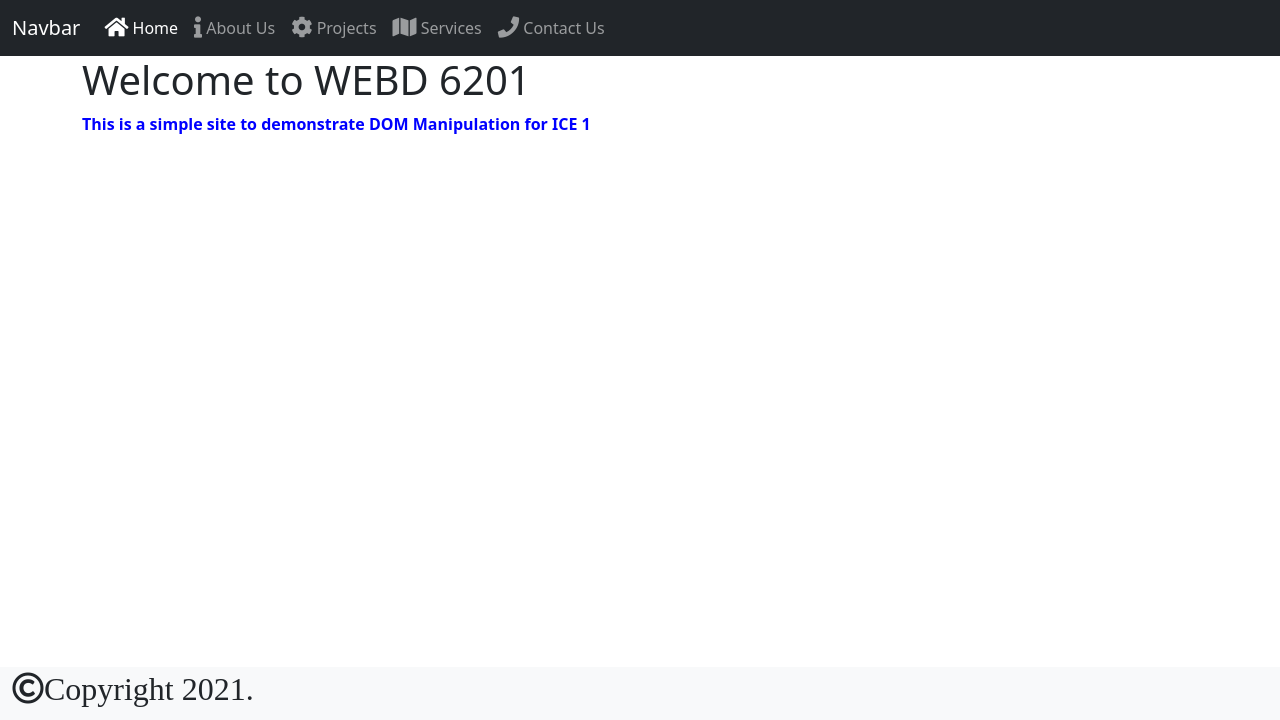
Repository: vans12345678/WEBD6201-W2021-Week3
Page: index.html
An editor plug-in stored every save of this project. The page is shown before and after the next save, followed by the edit.
The browser window is 1280 px wide. The pictures show the whole page.

Above is the page before, as saved 2021-01-20 21:19:01.

### index.html
<!DOCTYPE html>
<html lang="en">
<head>
    <meta charset="UTF-8">
    <meta name="viewport" content="width=device-width, initial-scale=1.0">
    <title>WEBD 6201 - W2021-ICE 1</title>

    <!-- CSS Section -->
    <link rel="stylesheet" href="./node_modules/bootstrap/dist/css/bootstrap.min.css">
    <link rel="stylesheet" href="./node_modules/@fortawesome/fontawesome-free/css/all.min.css">
    <link rel="stylesheet" href="./Content/app.css">

</head>

<body>
    <header>
        <nav class="navbar navbar-expand-lg navbar-dark bg-dark">
            <div class="container-fluid">
              <a class="navbar-brand" href="#">Navbar</a>
              <button class="navbar-toggler" type="button" data-bs-toggle="collapse" data-bs-target="#navbarSupportedContent" aria-controls="navbarSupportedContent" aria-expanded="false" aria-label="Toggle navigation">
                <span class="navbar-toggler-icon"></span>
              </button>
              <div class="collapse navbar-collapse" id="navbarSupportedContent">
                <ul class="navbar-nav me-auto mb-2 mb-lg-0">
                  <li class="nav-item">
                    <a class="nav-link active" aria-current="page" href="#"><i class="fas fa-home fa-lg"></i> Home</a>
                  </li>

                  <li class="nav-item">
                    <a class="nav-link" aria-current="page" href="#"><i class="fas fa-info fa-lg"></i> About Us</a>
                  </li>

                  <li class="nav-item">
                    <a class="nav-link" aria-current="page" href="#"><i class="fas fa-cog fa-lg"></i> Projects</a>
                  </li>

                  <li class="nav-item">
                    <a class="nav-link" aria-current="page" href="#"><i class="fas fa-map fa-lg"></i> Services</a>
                  </li>

                  <li class="nav-item">
                    <a class="nav-link" aria-current="page" href="#"><i class="fas fa-phone fa-lg"></i> Contact Us</a>
                  </li>
                </ul>
              </div>
            </div>
          </nav>
    </header>

    <main class="container">
        <h1>Welcome to WEBD 6201</h1>
        <p id="paragraphOne"></p>
    </main>
    <footer>
        <nav class="navbar fixed-bottom navbar-light bg-light">
            <div class="container-fluid">
                <h4><i class="far fa-copyright fa-lg">Copyright 2021.</i></h4>
            </div>
          </nav>
    </footer>
    <!-- Script Section -->

    <script src="./node_modules/jquery/dist/jquery.min.js"></script>
    <script src="./node_modules/bootstrap/dist/js/bootstrap.bundle.min.js"></script>
    <script src="./Scripts/app.js"></script>
</body>
</html>

### Scripts/app.js
/* Custom JavaScript goes here */

//IIFE - Immediately Invoked Function Expression
//AKA - Anonymous Self-Executing Function
//Closure - limits scope leak

"use strict";

(function(){

    function Start()
    {
        console.log("App Started...");

        let paragraphOneText = "This is a simple site to demonstrate DOM Manipulation for ICE 1";
        let paragraphOneElement = document.getElementById("paragraphOne");

        paragraphOneElement.textContent = paragraphOneText;
        paragraphOneElement.style = "color: blue; font-weight: bold;"


        console.log(paragraphOneElement);


    }

    window.addEventListener("load", Start);

})();

Loaded but not shown: node_modules/bootstrap/dist/css/bootstrap.min.css (library); node_modules/@fortawesome/fontawesome-free/css/all.min.css (library); Content/app.css (common file); node_modules/jquery/dist/jquery.min.js (library); node_modules/bootstrap/dist/js/bootstrap.bundle.min.js (library)

After the next save:
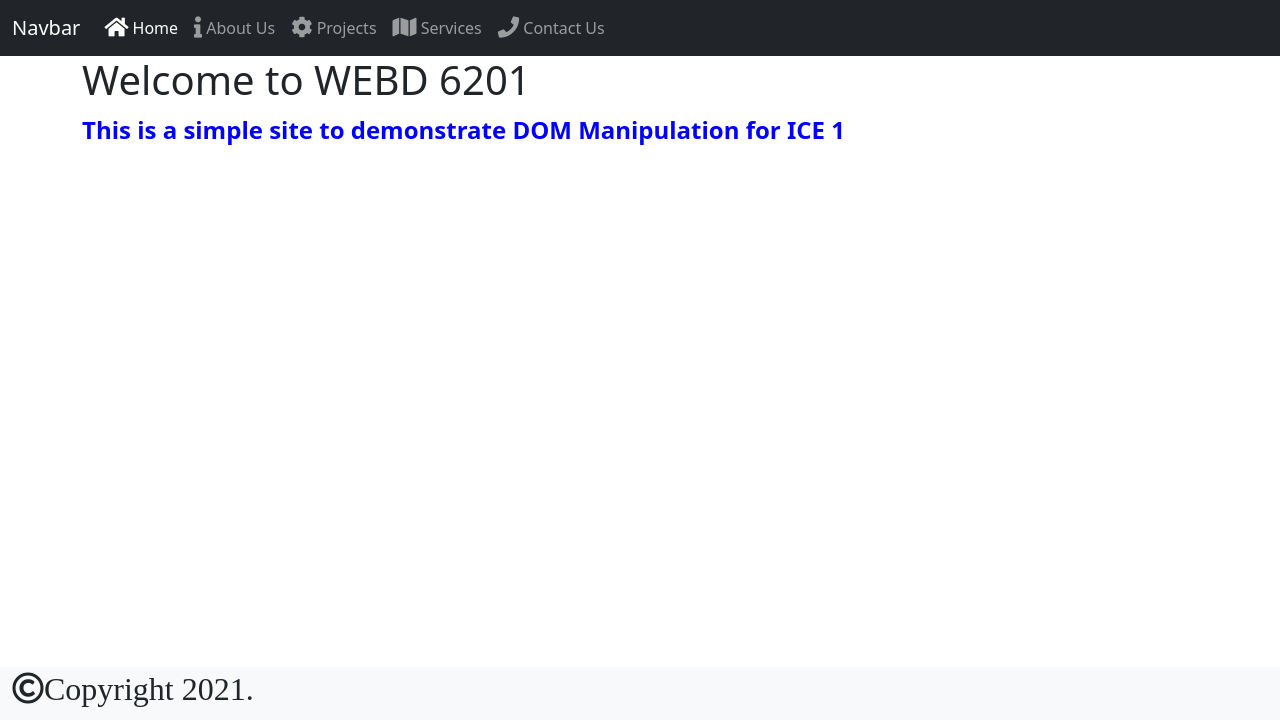
Saved 90 s later.
--- a/Scripts/app.js
+++ b/Scripts/app.js
@@ -17,6 +17,7 @@
 
         paragraphOneElement.textContent = paragraphOneText;
         paragraphOneElement.style = "color: blue; font-weight: bold;"
+        paragraphOneElement.className = "fs-4";
 
 
         console.log(paragraphOneElement);
